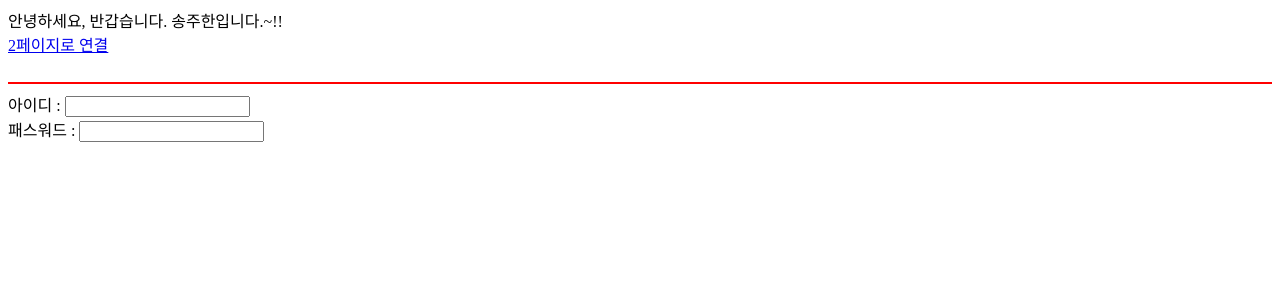
Repository: JuHanSong/JSP
Page: jsp01/WebContent/indeex.html
An editor plug-in stored every save of this project. The page is shown before and after the next save, followed by the edit.
The browser window is 1280 px wide. The pictures show the whole page.

Above is the page before, as saved 2020-11-21 02:37:34.

### jsp01/WebContent/indeex.html
<!DOCTYPE html>
<html>
	<head>
		<meta charset="UTF-8">
		<title>Insert title here</title>
	</head>
	<body> <!-- 주선, 태크(tag) -->
	안녕하세요, 반갑습니다. 송주한입니다.~!!<br><!-- 엔터 -->
	<a href="page2.html">2페이지로 연결</a>

	<!-- 컨트롤 + 시프트 + /  -->
	<!-- 속성(attridute)는 0개이상 ~ 여러개 -->
	<br><br>

	<hr color="red"> <!-- horizontal : 가로 -->

	아이디 :  <input type="text"> <br>
	패스워드 : <input type="text"> <br>

	</body>
</html>

After the next save:
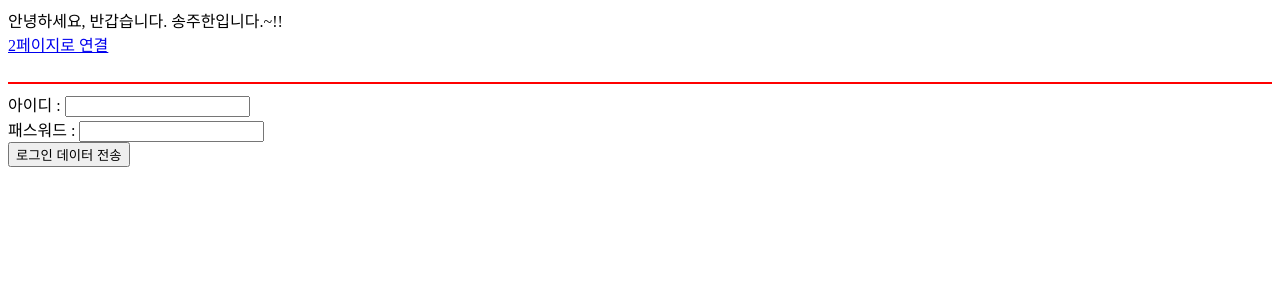
Saved 97 s later.
--- a/jsp01/WebContent/indeex.html
+++ b/jsp01/WebContent/indeex.html
@@ -16,6 +16,7 @@
 
 	아이디 :  <input type="text"> <br>
 	패스워드 : <input type="text"> <br>
+	<input type="submit" value="로그인 데이터 전송">
 
 	</body>
 </html>
